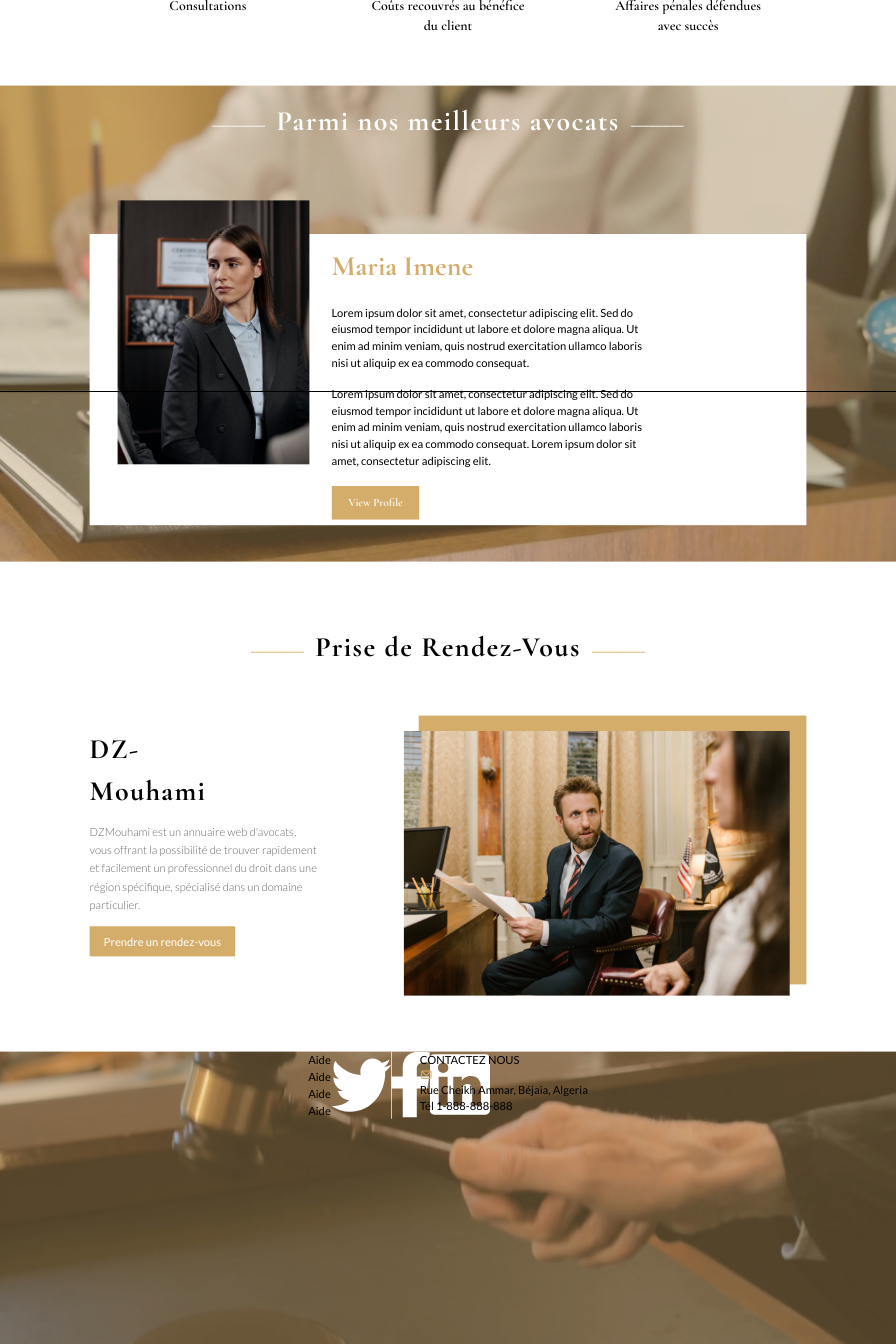
Repository: Chekrouba-Tinhinane/Mohami_dz
Page: / (app in client/)
An editor plug-in stored every save of this project. The page is shown before and after the next save, followed by the edit.
The browser window is 1280 px wide. The pictures show the part of the page from y = 2346 to 4266 px (the page is 4266 px tall), at 70% of full size.
The project was rebuilt for these pictures with package versions that can differ from the ones it lists, and the page was loaded fresh each time. Also part of the build but not shown: client/vite.config.js, client/src/SignIn.jsx, client/src/components/Selector.jsx, client/src/components/SearchContainer.jsx, client/src/Search.jsx, client/src/components/super/HomeLayout.jsx, client/src/components/Profile.jsx.

Above is the page before, as saved 2024-01-25 12:29:44.

After the next save:
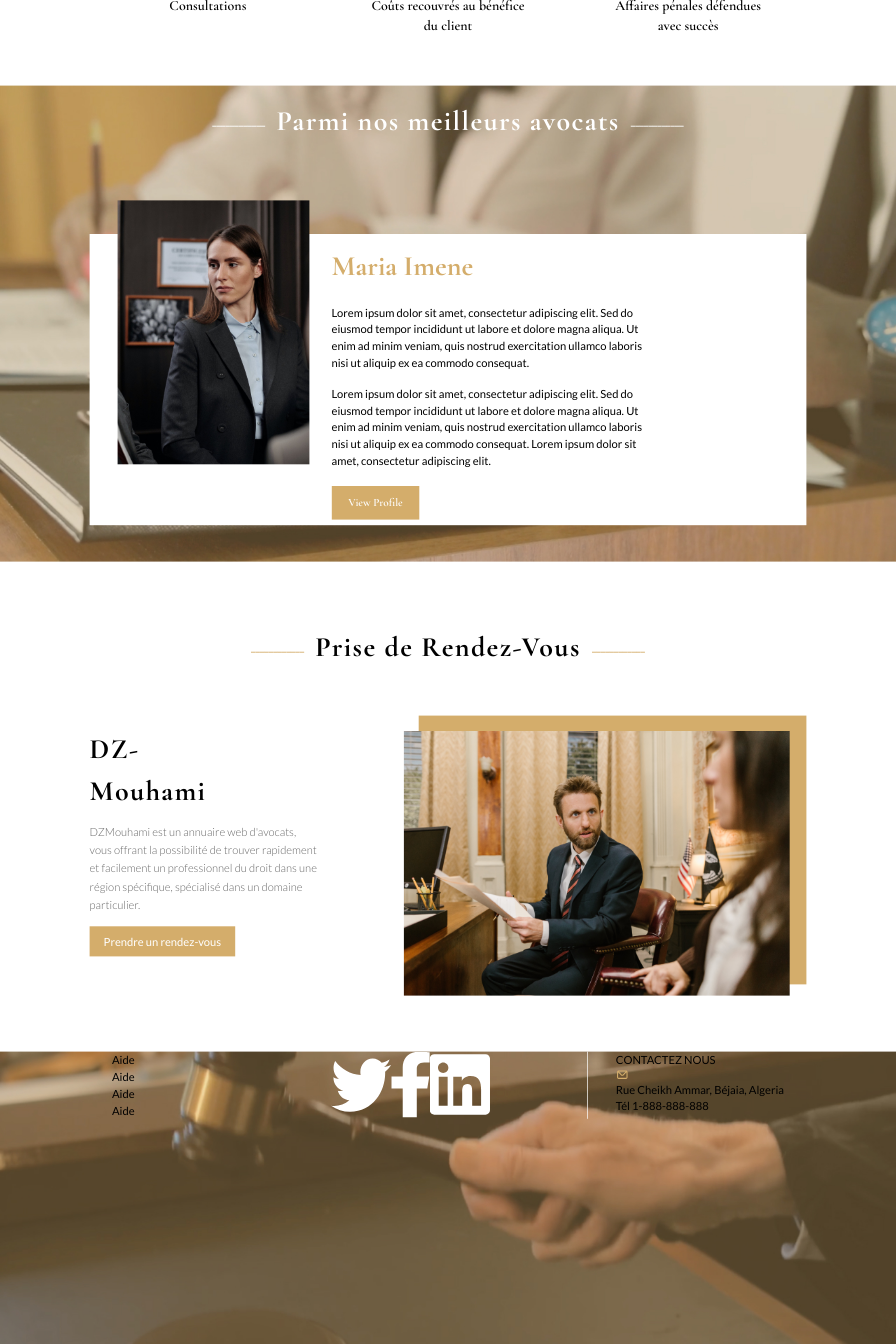
Saved 4 s later.
--- a/client/src/LandingPage.jsx
+++ b/client/src/LandingPage.jsx
@@ -273,7 +273,7 @@ function Footer() {
     <footer id="footer" className=" relative flex w-full justify-center mt-10 ">
       <img src={footer} alt="" className="w-full object-cover" />
       {/* sixth section */}
-      <div className="absolute w-[] ">
+      <div className="absolute w-[85%] ">
         <div className=" flex justify-between px-16 ">
           <div className=" flex flex-col">
             <p>Aide</p>
